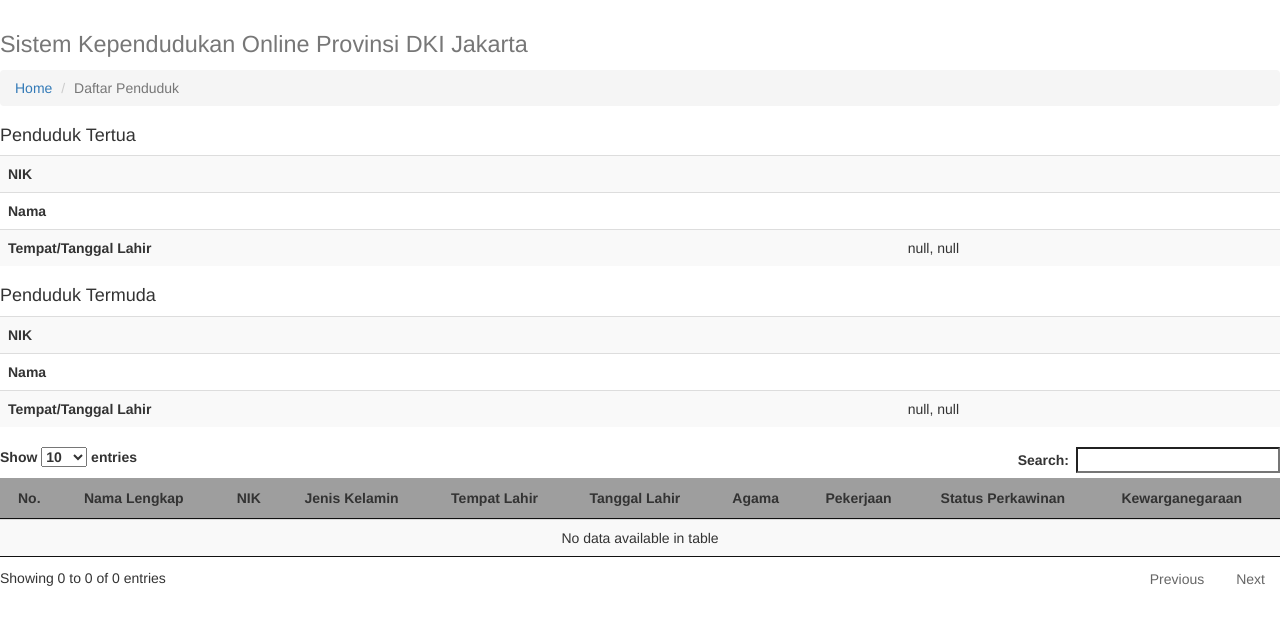
Repository: apap-2017/tugas1_1406544135
Page: http://localhost/list-penduduk
The author's editor kept a copy of each file at every save. The page is drawn from the files as they stood at one save, then again after the next save.
The browser window is 1280 px wide. The pictures show the whole page.
Pictures or frames that could not be fetched are drawn as grey boxes. The page is this project's Thymeleaf template; nobody is signed in. The template is opened directly, without the code that normally fills it, so the values that code supplies are empty.

Above is the page before, as saved 2017-10-22 05:10:50.

### Tugas1_1406544135/src/main/resources/templates/list-penduduk.html
<!DOCTYPE html>
<html xmlns:th="http://www.thymeleaf.org">
<head>
<title>Siduk DKI</title>
<link href="../../static/css/bootstrap.min.css" rel="stylesheet"
	th:href="@{/css/bootstrap.min.css}" />
<link rel="stylesheet" th:href="@{/css/jquery.dataTables.min.css}"></link>
<script src="/js/jquery.min.js"></script>
<script src="/js/jquery.dataTables.min.js"></script>
<script>
	$(document).ready(function() {
		$('#daftar-penduduk').DataTable();
	});
</script>
</head>

<body>
	<section class="content-header">
		<h1>
			<small>Sistem Kependudukan Online Provinsi DKI Jakarta</small>
		</h1>
		<ol class="breadcrumb">
			<li><a th:href="@{/}">Home</a></li>
			<li class="active">Daftar Penduduk</li>
		</ol>
	</section>

	<table class="table table-striped">
		<h4>Penduduk Tertua</h4>
		<tbody>
			<tr>
				<td><strong>NIK</strong></td>
				<td th:text="${pendudukTertua.nik} "></td>
			</tr>

			<tr>
				<td><strong>Nama</strong></td>
				<td th:text="${pendudukTertua.nama} "></td>
			</tr>

			<tr>
				<td><strong>Tempat/Tanggal Lahir</strong></td>
				<td
					th:text="${pendudukTertua.tempat_lahir} +', ' + ${pendudukTertua.tanggal_lahir} "></td>
			</tr>
		</tbody>
	</table>

	<table class="table table-striped">
		<h4>Penduduk Termuda</h4>
		<tbody>
			<tr>
				<td><strong>NIK</strong></td>
				<td th:text="${pendudukTermuda.nik} "></td>
			</tr>

			<tr>
				<td><strong>Nama</strong></td>
				<td th:text="${pendudukTermuda.nama} "></td>
			</tr>

			<tr>
				<td><strong>Tempat/Tanggal Lahir</strong></td>
				<td
					th:text="${pendudukTermuda.tempat_lahir} +', ' + ${pendudukTermuda.tanggal_lahir} "></td>
			</tr>
		</tbody>
	</table>

	<table class="table table-hover table-striped dataTable" id="daftar-penduduk">
		<thead>
			<tr>
				<th><strong>No.</strong></th>
				<th><strong>Nama Lengkap</strong></th>
				<th><strong>NIK</strong></th>
				<th><strong>Jenis Kelamin</strong></th>
				<th><strong>Tempat Lahir</strong></th>
				<th><strong>Tanggal Lahir</strong></th>
				<th><strong> Agama </strong></th>
				<th><strong> Pekerjaan </strong></th>
				<th><strong> Status Perkawinan </strong></th>
				<th><strong> Kewarganegaraan </strong></th>
			</tr>
		</thead>
		<tbody>
			<div th:each="detailAnggota, iterationStatus: ${listPenduduk}">
				<tr>
					<td th:text="${iterationStatus.count}"></td>
					<td th:text="${detailAnggota.nama}" ></td>
					<td th:text="${detailAnggota.nik}"></td>
					<td th:if="${detailAnggota.jenis_kelamin == 0}" th:text="Pria"></td>
					<td th:if="${detailAnggota.jenis_kelamin == 1}" th:text="Wanita"></td>
					<td th:text="${detailAnggota.tempat_lahir}"></td>
					<td th:text="${detailAnggota.tanggal_lahir}"></td>
					<td th:text="${detailAnggota.agama}"></td>
					<td th:text="${detailAnggota.pekerjaan}"></td>
					<td th:text="${detailAnggota.status_perkawinan}"></td>
					<td th:if="${detailAnggota.is_wni == 0}" th:text="WNA"></td>
					<td th:if="${detailAnggota.is_wni == 1}" th:text="WNI"></td>
				</tr>
			</div>
		</tbody>
	</table>
</body>
</html>

Loaded but not shown: Tugas1_1406544135/src/main/resources/static/css/bootstrap.min.css (library); Tugas1_1406544135/src/main/resources/static/css/jquery.dataTables.min.css (library); Tugas1_1406544135/src/main/resources/static/js/jquery.min.js (library); Tugas1_1406544135/src/main/resources/static/js/jquery.dataTables.min.js (library)

After the next save:
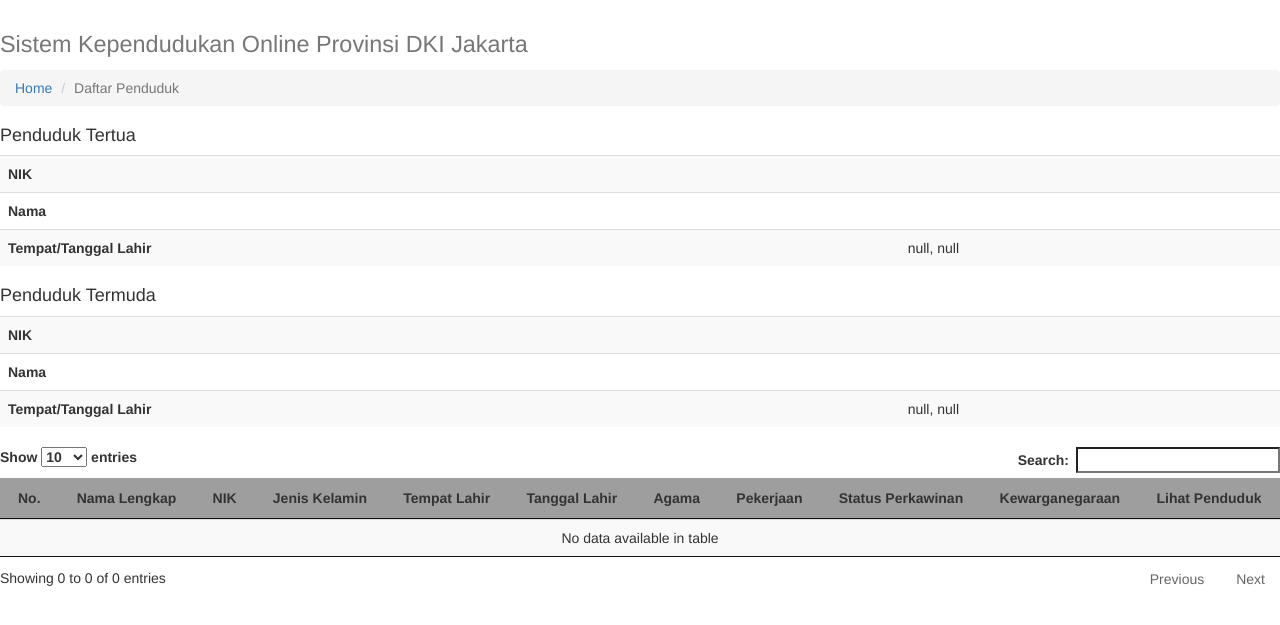
Saved 6 min 32 s later.
--- a/Tugas1_1406544135/src/main/resources/templates/list-penduduk.html
+++ b/Tugas1_1406544135/src/main/resources/templates/list-penduduk.html
@@ -80,6 +80,7 @@
 				<th><strong> Pekerjaan </strong></th>
 				<th><strong> Status Perkawinan </strong></th>
 				<th><strong> Kewarganegaraan </strong></th>
+				<th><strong> Lihat Penduduk </strong></th>
 			</tr>
 		</thead>
 		<tbody>
@@ -97,6 +98,9 @@
 					<td th:text="${detailAnggota.status_perkawinan}"></td>
 					<td th:if="${detailAnggota.is_wni == 0}" th:text="WNA"></td>
 					<td th:if="${detailAnggota.is_wni == 1}" th:text="WNI"></td>
+					<td><a th:href="@{/penduduk/}"
+						class="btn btn-sm btn-primary glyphicon glyphicon-eye-open"></a>
+					</td>
 				</tr>
 			</div>
 		</tbody>
